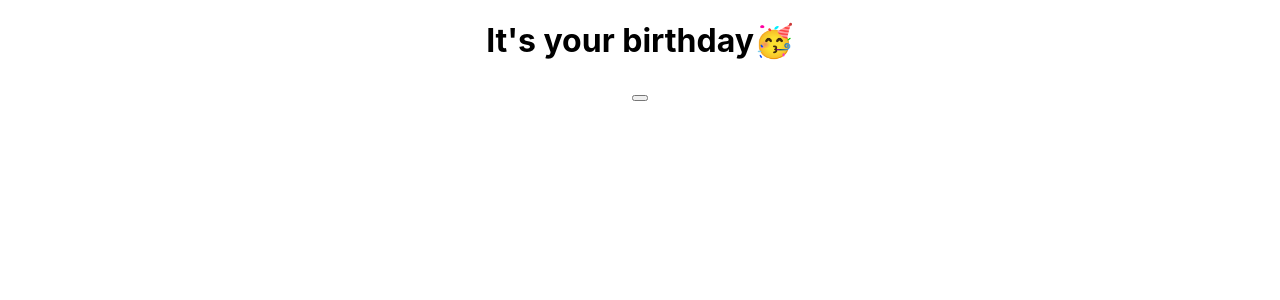
Repository: David-Waite/HannahsBirthdayWebsite
Page: /
These files come from the project's save history. The page is drawn as it stood at one moment and after the next save; the edit follows.
The browser window is 1280 px wide. The pictures show the whole page.
The project was rebuilt for these pictures with package versions that can differ from the ones it lists, and the page was loaded fresh each time.

Above is the page before, as saved 2023-03-30 17:01:03.

### src/App.js
import "./App.css";

import Confetti from "react-confetti";
import { useState } from "react";

function App() {
  const [confetti, setConfetti] = useState(null);

  function rainConfetti() {
    setConfetti(true);
  }
  let buttonText = "";
  if (confetti) {
    buttonText = "Yes";
  } else if (!setConfetti) {
    buttonText = "No";
  }

  return (
    <div className="App">
      {confetti && <Confetti />}
      <h1>It's your birthday🥳</h1>
      <button onClick={rainConfetti}>{buttonText}</button>
    </div>
  );
}

export default App;

Loaded but not shown: public/index.html (common file); src/index.js (common file); src/index.css (common file); src/reportWebVitals.js (common file); src/App.css (common file)

After the next save:
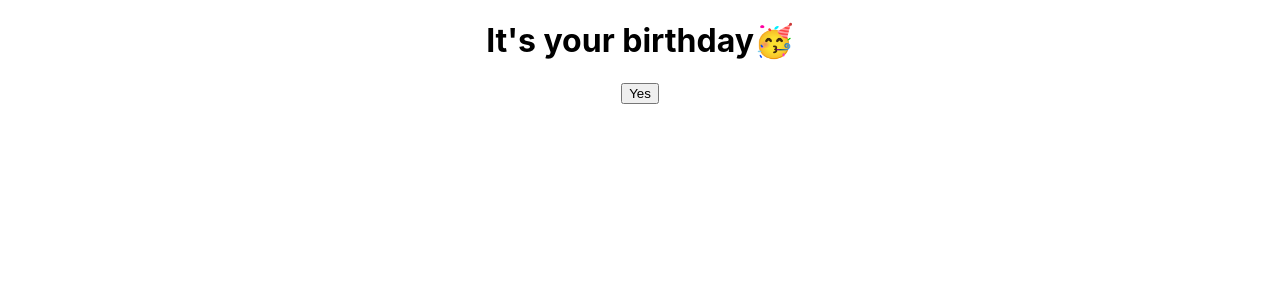
Saved 11 s later.
--- a/src/App.js
+++ b/src/App.js
@@ -10,7 +10,7 @@ function App() {
     setConfetti(true);
   }
   let buttonText = "";
-  if (confetti) {
+  if (confetti == null) {
     buttonText = "Yes";
   } else if (!setConfetti) {
     buttonText = "No";
